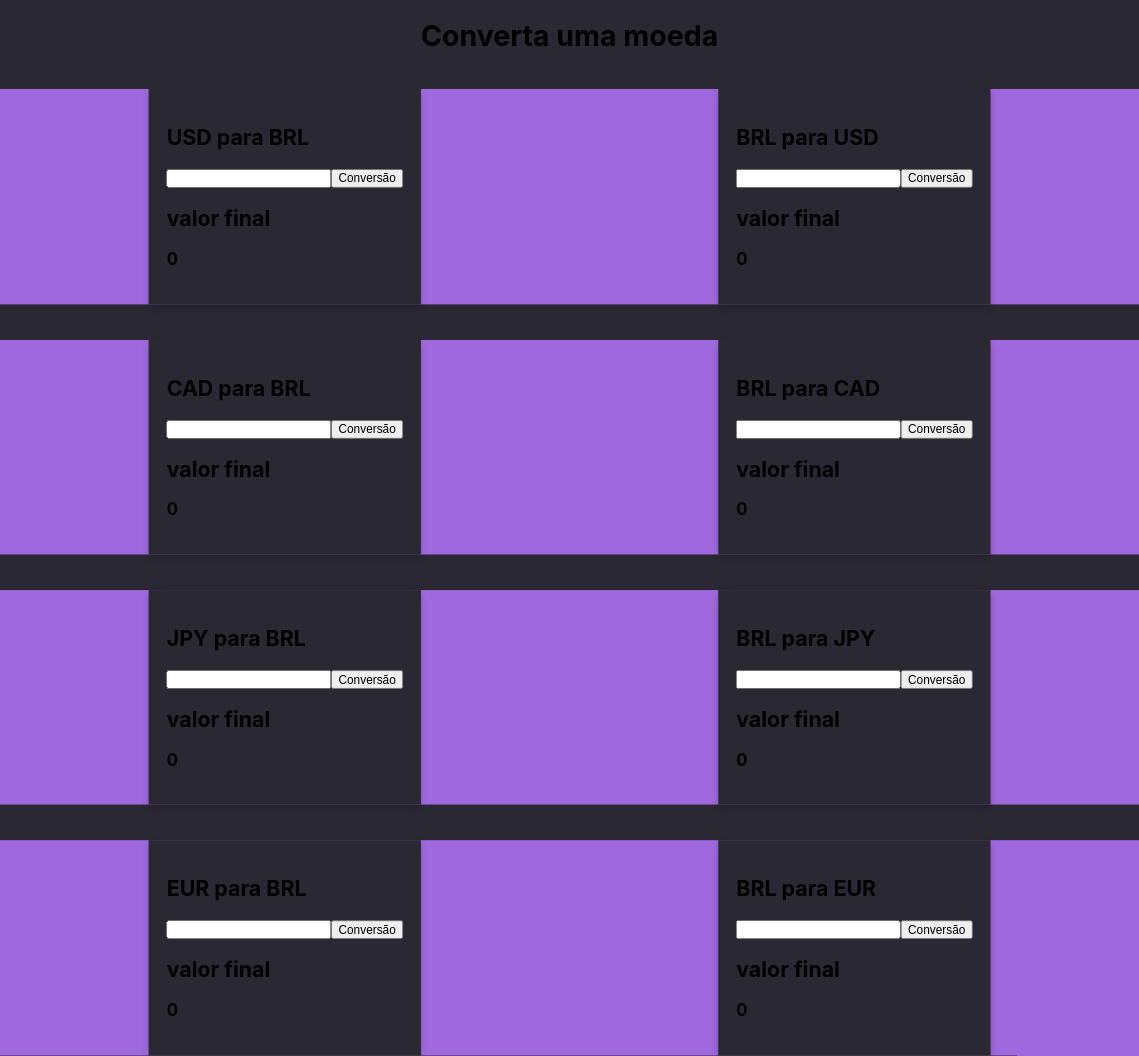
Repository: DeanLemosXD/Currency-converter
Page: /
These files come from the project's save history. The page is drawn as it stood at one moment and after the next save; the edit follows.
The browser window is 1280 px wide. The pictures show the whole page, at 89% of full size.
The project was rebuilt for these pictures with package versions that can differ from the ones it lists, and the page was loaded fresh each time.

Above is the page before, as saved 2021-10-19 18:27:33.

### src/index.css
body {
  margin: 0;
  font-family: -apple-system, BlinkMacSystemFont, 'Segoe UI', 'Roboto', 'Oxygen',
    'Ubuntu', 'Cantarell', 'Fira Sans', 'Droid Sans', 'Helvetica Neue',
    sans-serif;
  -webkit-font-smoothing: antialiased;
  -moz-osx-font-smoothing: grayscale;
  background-color:rgb(42, 40, 51)
}

code {
  font-family: source-code-pro, Menlo, Monaco, Consolas, 'Courier New',
    monospace;
}

### src/App.js
import './App.css';
import Conversor from './components/Conversor';

function App() {
  return (
    <div className="App">
      <h1>Converta uma moeda</h1>
      <div className="linha">
      <Conversor moedaA="USD" moedaB="BRL"></Conversor>
      <Conversor moedaA="BRL" moedaB="USD"></Conversor>
      </div>
      <div className="linha">
      <Conversor moedaA="CAD" moedaB="BRL"></Conversor>
      <Conversor moedaA="BRL" moedaB="CAD"></Conversor>
      </div>
      <div className="linha">
      <Conversor moedaA="JPY" moedaB="BRL"></Conversor>
      <Conversor moedaA="BRL" moedaB="JPY"></Conversor>
      </div>
      <div className="linha">
      <Conversor moedaA="EUR" moedaB="BRL"></Conversor>
      <Conversor moedaA="BRL" moedaB="EUR"></Conversor>
      </div>
    </div>
  );
}

export default App;

### src/App.css
.linha{
    display:flex;
    margin-top:  40px;
    justify-content: space-around;
    background-color:rgb(159, 105, 221)

}

h1{

    text-align: center;
}

.app{
    margin: auto;
    max-width: 900px;
}

### src/components/Conversor.js
import React, { Component } from 'react'
import './conversor.css'
export default class Conversor extends Component {

    // eslint-disable-next-line no-useless-constructor
    constructor(props){
        super(props);

        this.state = {
            moedaA_Valor:"",
            moedaB_Valor:0,

        }

        this.converter = this.converter.bind(this)
    }

    converter(){

        let de_para = `${this.props.moedaA}_${this.props.moedaB}`;
        let url = `http://free.currconv.com/api/v7/convert?q=${de_para}&compact=ultra&apiKey=0d7e32903cad9cf7460c`
        //console.log(url)
        fetch(url).then(res=>{
            return res.json()
        })
        .then(json=>{

            let cotacao = json[de_para];
            let moedaB_Valor = (parseFloat(this.state.moedaA_Valor) * cotacao).toFixed(2)
            this.setState({moedaB_Valor})
        })
    }
    render(){
        return (
            <div className="conversor">
                <h2>{this.props.moedaA} para {this.props.moedaB}</h2>
                <input type="text" onChange={(event)=>{this.setState({moedaA_Valor:event.target.value})}}></input>
                <input type="button" value="Conversão" onClick={this.converter}></input>
                <h2>valor final</h2>
                <h3>{this.state.moedaB_Valor}</h3>
            </div>
        )
    }
}

### src/components/conversor.css
.conversor{
        padding: 20px;
        max-width: 300px;
        box-shadow: 0 4px 8px 0 rgba(0, 0, 0, 0.2);
        background-color: rgb(42, 40, 51);
}

Loaded but not shown: public/index.html (common file); src/index.js (common file); src/reportWebVitals.js (common file)

After the next save:
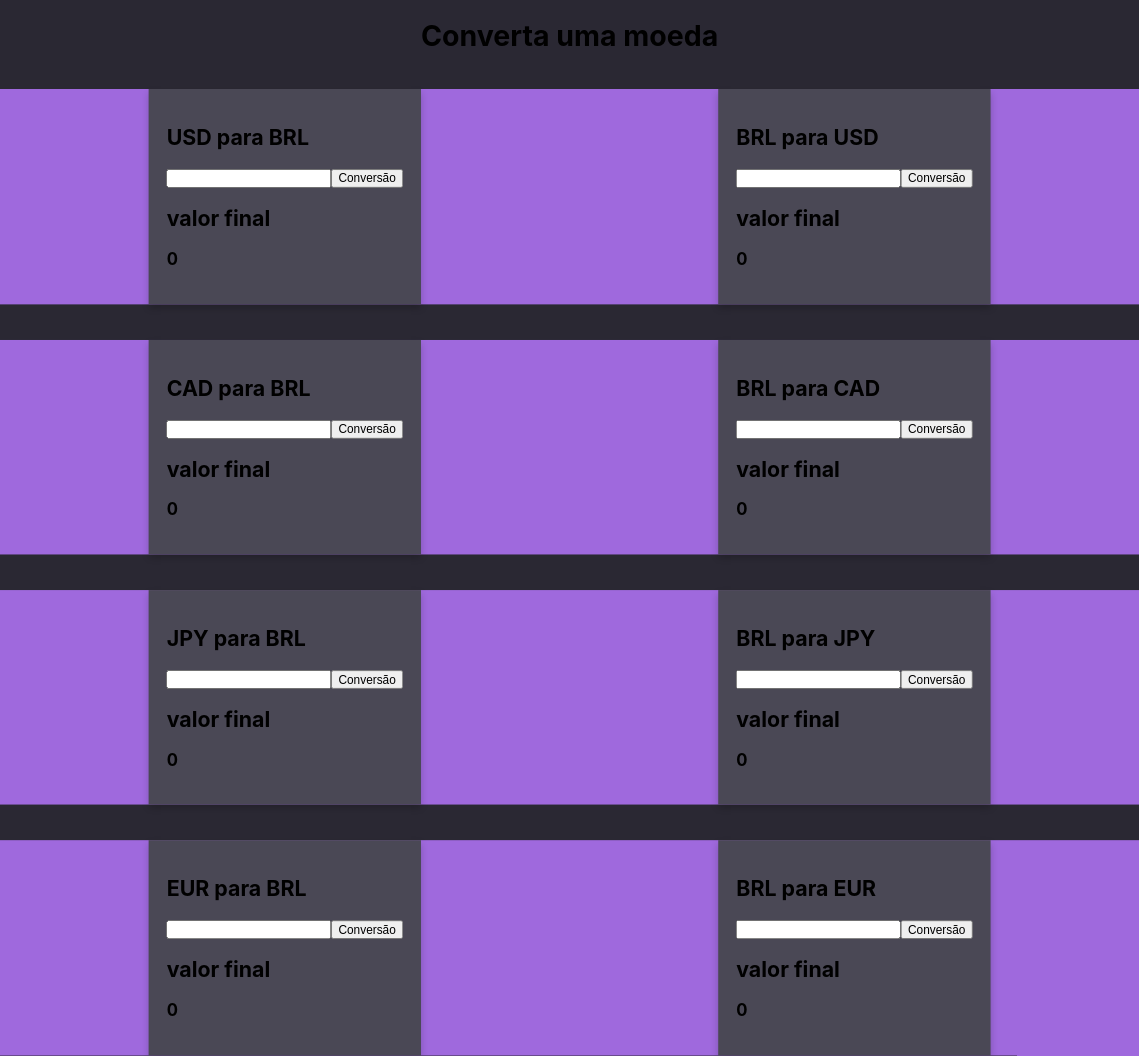
Saved 10 s later.
--- a/src/components/conversor.css
+++ b/src/components/conversor.css
@@ -2,5 +2,5 @@
         padding: 20px;
         max-width: 300px;
         box-shadow: 0 4px 8px 0 rgba(0, 0, 0, 0.2);
-        background-color: rgb(42, 40, 51);
+        background-color: rgb(74, 72, 85);
 }
